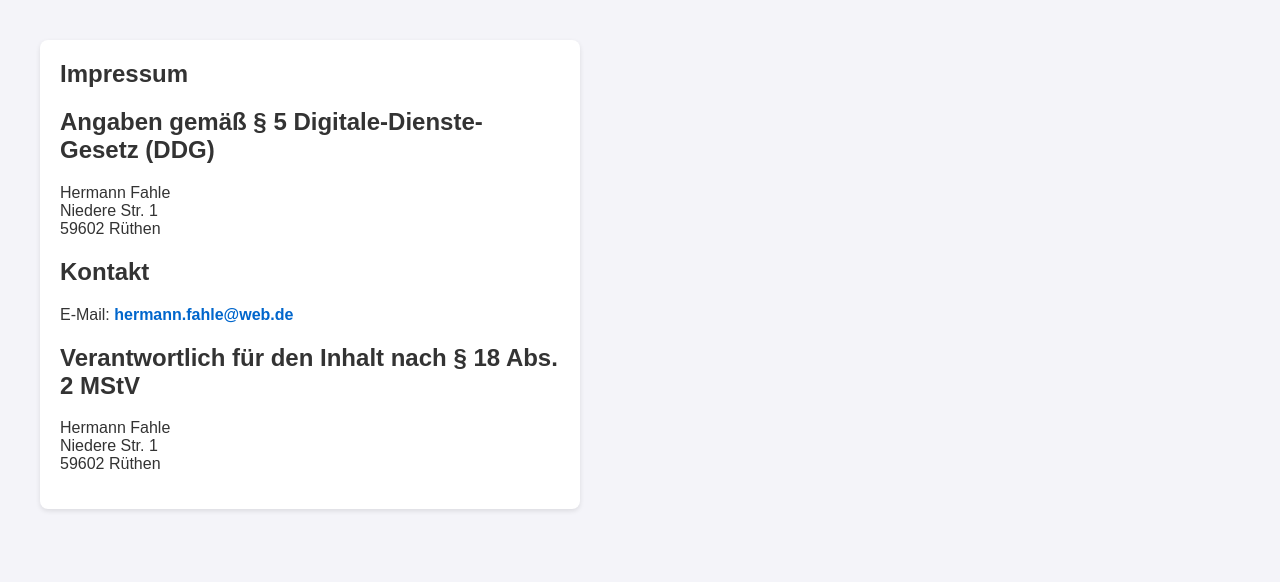
Repository: h-fahle/h-fahle.github.io
Page: impressum.html
The author's editor kept a copy of each file at every save. The page is drawn from the files as they stood at one save, then again after the next save.
The browser window is 1280 px wide. The pictures show the whole page.

Above is the page before, as saved 2026-05-24 12:45:02.

After the next save:
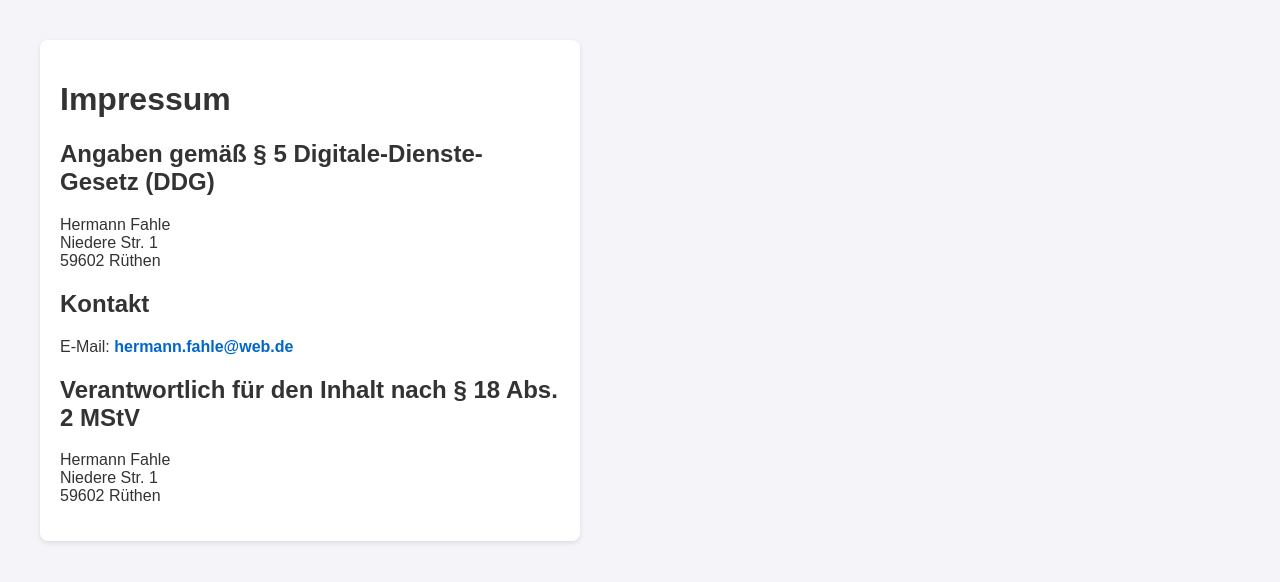
Saved 63 s later.
--- a/impressum.html
+++ b/impressum.html
@@ -26,10 +26,6 @@
             border-radius: 8px;
             max-width: 500px;
             box-shadow: 0 2px 5px rgba(0,0,0,0.1);
-        }
-        h1 {
-            font-size: 1.5em;
-            margin-top: 0;
         }
         ul {
             list-style-type: none;
